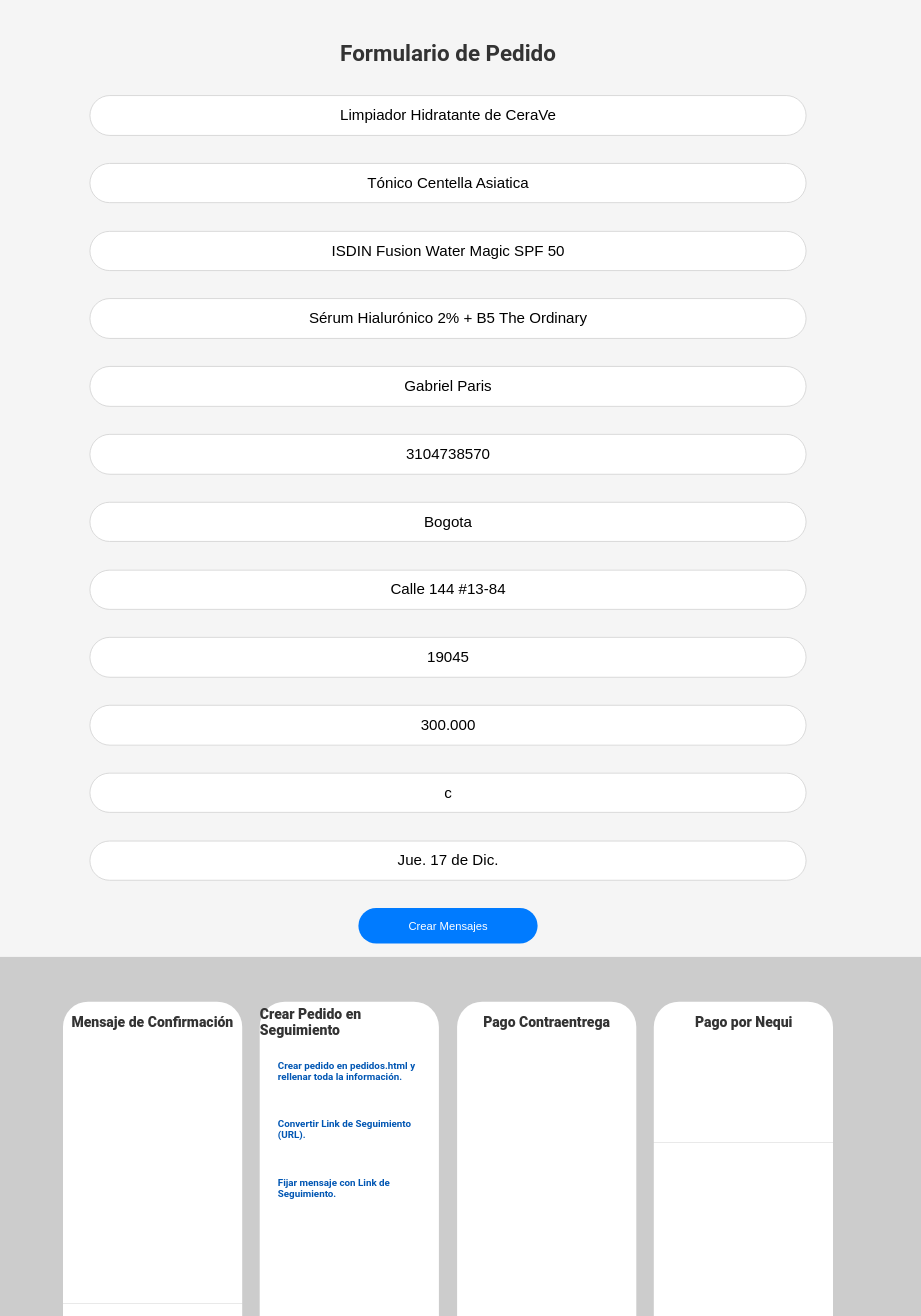
Repository: aCoupon0/intranet
Page: 1/venta-1.html
An editor plug-in stored every save of this project. The page is shown before and after the next save, followed by the edit.
The browser window is 1280 px wide. The page is 1316 px wide, so the pictures cover 1316 px, including what lies to the right of the window. The pictures show the part of the page from y = 0 to 1880 px (the page is 2691 px tall before and 2432 px after), at 70% of full size.

Above is the page before, as saved 2024-12-09 16:03:07.

### 1/venta-1.html
<!DOCTYPE html>
<html lang="es">

<head>
    <meta charset="UTF-8">
    <meta name="viewport" content="width=device-width, initial-scale=1.0">
    <title>Intranet DermaBox</title>
    <link rel="stylesheet" href="../css/venta.css">
</head>

<body>
    <h1>Formulario de Pedido</h1>

    <!-- Inputs para los productos -->
    <input type="text" id="input-limpiador" class="input-texto" placeholder="Limpiador" value="Limpiador Hidratante de CeraVe">
    <input type="text" id="input-hidratante" class="input-texto" placeholder="Hidratante" value="Tónico Centella Asiatica">
    <input type="text" id="input-bloqueador" class="input-texto" placeholder="Bloqueador" value="ISDIN Fusion Water Magic SPF 50">
    <input type="text" id="input-potenciador" class="input-texto" placeholder="Potenciador" value="Sérum Hialurónico 2% + B5 The Ordinary">

    <!-- Inputs para los datos del cliente -->
    <input type="text" id="input-nombre" class="input-texto" placeholder="Nombre" value="Gabriel Paris">
    <input type="text" id="input-celular" class="input-texto" placeholder="Celular" value="3104738570">
    <input type="text" id="input-ciudad" class="input-texto" placeholder="Ciudad" value="Bogota">
    <input type="text" id="input-direccion" class="input-texto" placeholder="Dirección" value="Calle 144 #13-84">

    <!-- Inputs para código, cobro y método -->
    <input type="text" id="input-codigo" class="input-texto" placeholder="Código" value="19045">
    <input type="text" id="input-cobro" class="input-texto" placeholder="Cobro" value="300.000">
    <input type="text" id="input-metodo" class="input-texto" placeholder="Método de Pago" value="c">
    <input type="text" id="input-fecha" class="input-texto" placeholder="Fecha de Llegada" value="Jue. 17 de Dic.">

    <!-- Botón para enviar -->
    <button id="boton-enviar" class="boton-enviar">Crear Mensajes</button>

    <div class="primera-fase">
        <div class="section-dual">
            <div class="section-dual-title">Mensaje de Confirmación</div>
            <div class="section-dual-1"></div>
            <div class="section-dual-2"></div>
        </div>
        <div class="section-dual">
            <div class="section-dual-title">Crear Pedido en Seguimiento</div>
            <div class="section-dual-instruction">Crear pedido en pedidos.html y rellenar toda la información.</div>
            <div class="section-dual-instruction">Convertir Link de Seguimiento (URL).</div>
            <div class="section-dual-instruction">Fijar mensaje con Link de Seguimiento.</div>
        </div>
        <div class="section-dual">
            <div class="section-dual-title">Pago Contraentrega</div>
            <div class="section-dual-3"></div>
        </div>
        <div class="section-dual">
            <div class="section-dual-title">Pago por Nequi</div>
            <div class="section-dual-4"></div>
            <div class="section-dual-5"></div>
        </div>

    </div>

    <div class="segunda-fase">

    </div>

    <div class="tercera-fase">
        <div class="tercera-fase-1">
            <p class="tercera-title">Plantillas Logisticas</p>
            <div class="instruccion-logistica">
                <div class="checkbox" onclick="toggleCheckbox(this)"></div>
                <div class="instruccion">Proveedores</div>
            </div>
            <div class="instruccion-logistica">
                <div class="checkbox" onclick="toggleCheckbox(this)"></div>
                <div class="instruccion">Manejo Ventas</div>
            </div>
            <div class="instruccion-logistica">
                <div class="checkbox" onclick="toggleCheckbox(this)"></div>
                <div class="instruccion">Manejo Utilidades</div>
            </div>
            <div class="instruccion-logistica">
                <div class="checkbox" onclick="toggleCheckbox(this)"></div>
                <div class="instruccion">Revisar Kanban</div>
            </div>
        </div>
        <div class="tercera-fase-2">
            <p class="tercera-title">Plantillas Contables</p>
            <div class="instruccion-logistica">
                <div class="checkbox" onclick="toggleCheckbox(this)"></div>
                <div class="instruccion">Inventario</div>
            </div>
            <div class="instruccion-logistica">
                <div class="checkbox" onclick="toggleCheckbox(this)"></div>
                <div class="instruccion">Ingreso (Debito - Caja  /  Crédito - Ventas)</div>
            </div>
            <div class="instruccion-logistica">
                <div class="checkbox" onclick="toggleCheckbox(this)"></div>
                <div class="instruccion">CMV (Debito - Costo de Ventas  /  Crédito - Inventario)</div>
            </div>
            <div class="instruccion-logistica">
                <div class="checkbox" onclick="toggleCheckbox(this)"></div>
                <div class="instruccion">Envíos (Debito - Gastos de Envío  /  Crédito - Caja)</div>
            </div>
            <div class="instruccion-logistica">
                <div class="checkbox" onclick="toggleCheckbox(this)"></div>
                <div class="instruccion">Libro Mayor</div>
            </div>
            <div class="instruccion-logistica">
                <div class="checkbox" onclick="toggleCheckbox(this)"></div>
                <div class="instruccion">Libro Diario</div>
            </div>
        </div>
    </div>

    <script src="../js/ventas-shared.js"></script>
</body>

</html>

### css/venta.css
body {
    font-family: 'Roboto', system-ui, -apple-system, BlinkMacSystemFont, 'Segoe UI', sans-serif;
    margin: 0;
    padding: 0;
    display: flex;
    justify-content: center;
    align-items: center;
    height: auto;
    flex-direction: column;
    background-color: #f5f5f5;
    color: #333;
    gap: 1.5vw;
    padding-top: 5vh;
}

input {
    width: 80vw; /* Ocupa el 80% del ancho del contenedor */
    height: 8vh; /* Altura dinámica según el viewport */
    padding: 10px;
    font-size: 3vh;
    border: 1px solid #ccc;
    border-radius: 5vw;
    margin-bottom: 20px; /* Separación del botón */
    box-sizing: border-box;
    text-align: center;
}

.boton-enviar {
    width: 20%; /* Mismo ancho que el input */
    padding: 10px;
    height: 7vh; /* Misma altura que el input */
    font-size: 1rem;
    background-color: #007BFF;
    color: white;
    border: none;
    border-radius: 5vw;
    cursor: pointer;
    transition: background-color 0.3s;
    text-align: center;
}

.boton-enviar:hover {
    background-color: #0056b3;
}


.primera-fase {
    width: 100%;
    height: auto;
    padding: 5% 5vh 5% 5vh;
    display: flex;
    justify-content: center;
    align-content: center;
    background-color: #ccc;
    flex-direction: row;
    gap: 2%;
}

.section-dual {
    width: 20%;
    height: 80vh;
    border-radius: 5vh;
    display: flex;
    flex-direction: column;
    background-color: #ffffff;
    justify-content: flex-start;
    align-items: center;
}

.section-dual-title {
    width: 100%;
    height: 10%;
    display: flex;
    justify-content: center;
    align-items: center;
    font-size: 20px;
    font-weight: 800;
}

.section-dual-instruction {
    width: 100%;
    height: auto;
    display: flex;
    justify-content: flex-start;
    align-items: center;
    font-size: 14px;
    font-weight: 600;
    padding: 10%;
    box-sizing: border-box;
    color: #0056b3;
}

.section-dual-1 {
    width: 100%;
    height: 65%;
    border-bottom: 1px solid rgba(128, 128, 128, 0.339);
    display: flex;
    justify-content: flex-start;
    align-items: center;
    text-align: left;
    box-sizing: border-box;
    font-size: 13px;
    font-weight: 400;
    padding: 5%;
}


.section-dual-2 {
    width: 100%;
    height: 25%;
    display: flex;
    justify-content: flex-start;
    align-items: center;
    text-align: left;
    box-sizing: border-box;
    font-size: 13px;
    font-weight: 400;
    padding: 5%;
}

.section-dual-3 {
    width: 100%;
    height: 75%;
    display: flex;
    justify-content: flex-start;
    align-items: center;
    text-align: left;
    flex-direction: column;
    box-sizing: border-box;
    font-size: 13px;
    font-weight: 400;
    padding: 5%;
}

.section-dual-4 {
    width: 100%;
    height: 25%;
    border-bottom: 1px solid rgba(128, 128, 128, 0.339);
    display: flex;
    justify-content: flex-start;
    align-items: center;
    text-align: left;
    box-sizing: border-box;
    font-size: 13px;
    font-weight: 400;
    padding: 5%;
}


.section-dual-5 {
    width: 100%;
    height: 65%;
    display: flex;
    justify-content: flex-start;
    align-items: center;
    text-align: left;
    box-sizing: border-box;
    font-size: 13px;
    font-weight: 400;
    padding: 5%;
    flex-direction: column;
}


.segunda-fase {
    width: 100%;
    height: auto;
    padding: 5% 5vh 5% 5vh;
    display: flex;
    justify-content: center;
    align-content: center;
    background-color: #ffffff;
    flex-direction: column;
}

.producto-item {
    display: flex;
    align-items: center;
    justify-content: center;
    width: 100%;
    height: auto;
    padding: 3% 10% 3% 10%;
    box-sizing: border-box;
}

.producto-checkbox {
    width: 50px; /* Tamaño de la checkbox */
    height: 50px; /* Tamaño de la checkbox */
    cursor: pointer; /* Cambia el cursor para indicar interactividad */
    display: flex;
    justify-content: center;
    align-items: center;
}

.producto-checkbox input[type="checkbox"] {
    width: 25px; /* Ancho del área del checkbox */
    height: 25px; /* Alto del área del checkbox */
    cursor: pointer; /* Cambia el cursor para indicar interactividad */
    accent-color: #007BFF; /* Cambia el color del checkbox (en navegadores compatibles) */
    margin-right: 10px; /* Espacio entre el checkbox y el texto */
}

.producto-item span {
    font-size: 18px; /* Tamaño del texto */
    line-height: 1.5; /* Espaciado para mejor lectura */
    font-weight: 800; /* Peso de la fuente para hacerla más visible */
    color: #333; /* Color del texto */
    font-size: 30px;
}




.tercera-fase {
    width: 100%;
    height: auto;
    display: flex;
    justify-content: center;
    align-content: center;
    flex-direction: row;
    background-color: #ccc;
    flex-direction: row;
    gap: 2%;
}


.tercera-fase-1 {
    width: 50%;
    height: 60vh;
    border-right: 1px solid rgb(184, 184, 184);
    display: flex;
    justify-content: flex-start;
    align-items: center;
    flex-direction: column;
    padding: 5% 10% 5% 10%;
    box-sizing: border-box;
    text-align: left;
}

.tercera-fase-2 {
    width: 50%;
    height: 60vh;
    display: flex;
    justify-content: flex-start;
    align-items: center;
    flex-direction: column;
    padding: 5% 10% 5% 10%;
    box-sizing: border-box;
    text-align: left;
}

.tercera-title {
    font-size: 20px;
    font-weight: 800;
}


.instruccion-logistica {
    display: flex; /* Alinea los elementos horizontalmente */
    align-items: center; /* Centra los elementos verticalmente */
    width: 80%; /* Ancho del contenedor */
    height: auto; /* Altura automática */
    margin: 10px 0; /* Espaciado vertical */
}

/* Checkbox personalizado */
.checkbox {
    width: 30px; /* Tamaño del checkbox */
    height: 30px;
    background-color: white; /* Color inicial (blanco) */
    border: 2px solid #007BFF; /* Borde azul */
    border-radius: 5px; /* Bordes redondeados */
    cursor: pointer; /* Cambia el cursor al pasar por encima */
    margin-right: 15px; /* Espaciado respecto al texto */
    transition: background-color 0.3s ease; /* Animación al cambiar el color */
}

/* Instrucción a la derecha */
.instruccion {
    font-size: 16px; /* Tamaño de fuente */
    color: #333; /* Color del texto */
}

### js/ventas-shared.js
document.getElementById("boton-enviar").addEventListener("click", () => {
    const nombre = document.getElementById("input-nombre").value.trim();
    const codigo = document.getElementById("input-codigo").value.trim();
    const limpiador = document.getElementById("input-limpiador").value.trim();
    const hidratante = document.getElementById("input-hidratante").value.trim();
    const bloqueador = document.getElementById("input-bloqueador").value.trim();
    const potenciador = document.getElementById("input-potenciador").value.trim();
    const ciudad = document.getElementById("input-ciudad").value.trim();
    const direccion = document.getElementById("input-direccion").value.trim();
    const cobro = document.getElementById("input-cobro").value.trim();

    // Construir el mensaje con saltos de línea en HTML
    let mensaje = `Hola *${nombre}*.<br><br>Gracias por tu compra en DermaBox. Tu pedido *#${codigo}* ha sido confirmado y está en preparación.<br><br>Por favor confirma los siguientes datos:<br><br>*Pedido*<br>`;

    if (limpiador) mensaje += ` - *${limpiador}*<br>`;
    if (hidratante) mensaje += ` - *${hidratante}*<br>`;
    if (bloqueador) mensaje += ` - *${bloqueador}*<br>`;
    if (potenciador) mensaje += ` - *${potenciador}*<br>`;
    if (cobro) mensaje += ` - *${cobro}*<br>`;

    mensaje += `<br>*Información del Cliente*<br>`;
    if (nombre) mensaje += ` - *${nombre}*<br>`;
    if (ciudad) mensaje += ` - *${ciudad}*<br>`;
    if (direccion) mensaje += ` - *${direccion}*<br>`;


    // Mostrar el mensaje en el div correspondiente
    const sectionDual1 = document.querySelector(".section-dual-1");
    sectionDual1.innerHTML = mensaje; // Asignar el HTML con saltos de línea


    // Construir el mensaje para section-dual-2
    const mensaje2 = `Para hacer el envío necesitamos los siguientes datos:<br><br> - Número de cédula<br> - Detalles de dirección (Casa, Conjunto, Edificio...)<br>`;

    // Mostrar el mensaje en section-dual-2
    const sectionDual2 = document.querySelector(".section-dual-2");
    sectionDual2.innerHTML = mensaje2;



    const metodoPago = document.querySelector("#input-metodo").value;
    const fechaLlegada = document.querySelector("#input-fecha").value; // Asegúrate de que esta variable obtenga el input correcto para la fecha.
    const linkSeguimiento = "https://tu-link-de-seguimiento.com"; // Proporciona aquí el link de seguimiento.

    if (metodoPago === "n") {
        // Rellenar section-dual-4
        const sectionDual4 = document.querySelector(".section-dual-4");
        sectionDual4.innerHTML = `
            Perfecto!<br>
            Indicaste que preferías el pago por Nequi, aquí tienes los datos para realizar el envío:
        `;

        // Rellenar section-dual-5
        const sectionDual5 = document.querySelector(".section-dual-5");
        sectionDual5.innerHTML = `
            Super!<br>
            Tu DermaBox está en camino y llegará aproximadamente el *${fechaLlegada}*. Aquí está el
            <a href="${linkSeguimiento}" target="_blank">*Link de Seguimiento*</a>.<br>
            Aquí puedes revisar nuevamente cómo aplicar tu rutina, acceder al *Qué Hacer Hoy* y muchas más cosas.<br>
            Dicho esto, muchas gracias por confiar en nosotros. Estaremos atentos a cualquier pregunta que puedas tener.<br>
            Y no te olvides de seguir las precauciones recomendadas.<br>
            ¡Hasta Pronto!
        `;
    } else if (metodoPago === "c") {
        // Rellenar section-dual-5
        const sectionDual3 = document.querySelector(".section-dual-3");
        sectionDual3.innerHTML = `
            Super!<br>
            Tu DermaBox está en camino y llegará aproximadamente el *${fechaLlegada}*.<br>
            Recuerda tener el dinero preparado o dejarlo en casa si no estarás presente al momento de la entrega.<br>
            Aquí está el <a href="${linkSeguimiento}" target="_blank">Link de Seguimiento</a>, aquí puedes revisar nuevamente la rutina, acceder al *Qué Hacer Hoy* y muchas más cosas.<br>
            Dicho esto, muchas gracias por confiar en nosotros. Estaremos atentos a cualquier pregunta que puedas tener.<br>
            ¡Hasta Pronto!
        `;
    }





    const segundaFase = document.querySelector(".segunda-fase");
    segundaFase.innerHTML = ""; // Limpia el contenido existente antes de agregar la lista.

    // Inputs de los productos
    const productos = [
        { id: "input-limpiador", nombre: "Limpiador" },
        { id: "input-hidratante", nombre: "Hidratante" },
        { id: "input-bloqueador", nombre: "Bloqueador" },
        { id: "input-potenciador", nombre: "Potenciador" },
    ];

    // Crear una lista dinámica
    productos.forEach(producto => {
        const valor = document.querySelector(`#${producto.id}`).value.trim();

        if (valor) {
            // Crear un contenedor para cada item
            const itemContainer = document.createElement("div");
            itemContainer.className = "producto-item";
            itemContainer.style.display = "flex";
            itemContainer.style.alignItems = "center";
            itemContainer.style.marginBottom = "8px";

            // Crear la checkbox
            const checkbox = document.createElement("input");
            checkbox.type = "checkbox";
            checkbox.className = "producto-checkbox";
            checkbox.style.marginRight = "10px";

            // Crear el texto del producto
            const texto = document.createElement("span");
            texto.textContent = valor;

            // Agregar checkbox y texto al contenedor
            itemContainer.appendChild(checkbox);
            itemContainer.appendChild(texto);

            // Agregar el contenedor a la segunda-fase
            segundaFase.appendChild(itemContainer);
        }
    });
});



// Función para alternar el color del checkbox
function toggleCheckbox(element) {
    // Cambia el color del fondo según el estado actual
    if (element.style.backgroundColor === "rgb(0, 123, 255)") {
        element.style.backgroundColor = "white"; // Vuelve al color blanco
    } else {
        element.style.backgroundColor = "#007BFF"; // Cambia al azul
    }
}

After the next save:
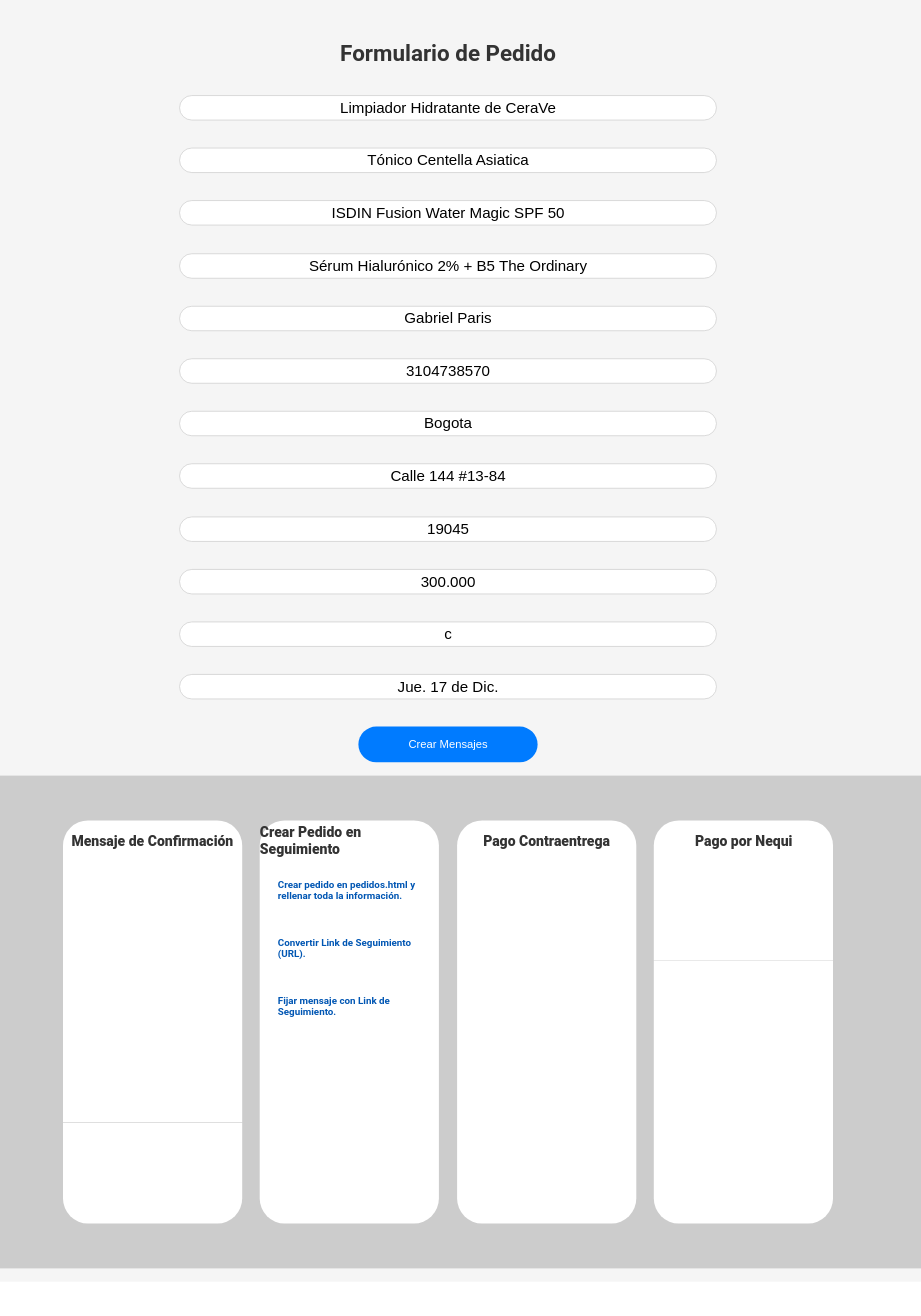
Saved 19 min 57 s later.
--- a/css/venta.css
+++ b/css/venta.css
@@ -14,9 +14,9 @@ body {
 }
 
 input {
-    width: 80vw; /* Ocupa el 80% del ancho del contenedor */
-    height: 8vh; /* Altura dinámica según el viewport */
-    padding: 10px;
+    width: 60vw; /* Ocupa el 80% del ancho del contenedor */
+    height: 5vh; /* Altura dinámica según el viewport */
+    padding: 5px;
     font-size: 3vh;
     border: 1px solid #ccc;
     border-radius: 5vw;
